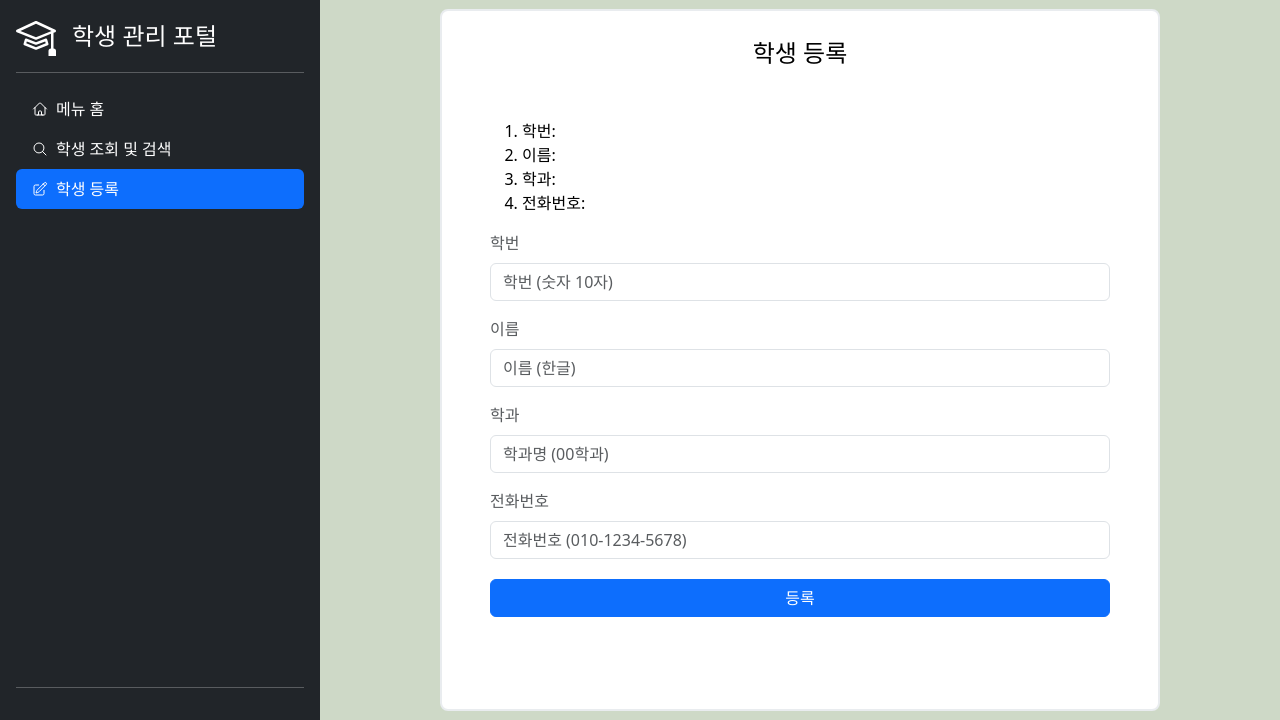
Repository: invisibleufo101/StudentManagementWeb
Page: HSW_Web/src/main/webapp/register_student.html
An editor plug-in stored every save of this project. The page is shown before and after the next save, followed by the edit.
The browser window is 1280 px wide. The pictures show the whole page.

Above is the page before, as saved 2024-09-25 00:17:37.
Not found: HSW_Web/src/main/webapp/css/style.css

### HSW_Web/src/main/webapp/register_student.html
<!DOCTYPE html>
<html>
<head>
	<meta charset="UTF-8">
	<meta name="viewport" content="width=device-width, initial-scale=1">
	<link rel="stylesheet" href="css/bootstrap.min.css" />
	<link rel="stylesheet" href="css/style.css"/>
	<script defer src="js/bootstrap.bundle.min.js"></script>
	<link rel="icon" href="images/portal_icon.svg"/>
	<title>학생 관리 포털</title>
</head>
<body>
	<main class="d-flex flex-nowrap vh-100">
		<!-- Start of Navbar -->
		<nav class="d-flex flex-lg-column flex-md-column flex-row flex-shrink-0 p-3 text-bg-dark" style="width: 25vw;">
			<a href="/" class="d-flex justify-content-around align-items-center mb-3 mb-md-0 me-md-auto text-white text-decoration-none">
				<svg xmlns="http://www.w3.org/2000/svg" width="40" height="40" fill="currentColor" class="bi bi-mortarboard" viewBox="0 0 16 16">
				 	<path d="M8.211 2.047a.5.5 0 0 0-.422 0l-7.5 3.5a.5.5 0 0 0 .025.917l7.5 3a.5.5 0 0 0 .372 0L14 7.14V13a1 1 0 0 0-1 1v2h3v-2a1 1 0 0 0-1-1V6.739l.686-.275a.5.5 0 0 0 .025-.917zM8 8.46 1.758 5.965 8 3.052l6.242 2.913z"/>
				 	<path d="M4.176 9.032a.5.5 0 0 0-.656.327l-.5 1.7a.5.5 0 0 0 .294.605l4.5 1.8a.5.5 0 0 0 .372 0l4.5-1.8a.5.5 0 0 0 .294-.605l-.5-1.7a.5.5 0 0 0-.656-.327L8 10.466zm-.068 1.873.22-.748 3.496 1.311a.5.5 0 0 0 .352 0l3.496-1.311.22.748L8 12.46z"/>
				</svg>
				<span class="ms-3" style="font-size: 1.5rem;">학생 관리 포털</span>
			</a>
			<hr/>
			<ul class="nav nav-pills flex-column mb-auto">

				<!-- Menu Home -->
				<li class="nav-item">
					<a href="/" class="nav-link text-white">
						<div class="d-flex align-items-center">
							<svg class="bi me-2" xmlns="http://www.w3.org/2000/svg" fill="none" viewBox="0 0 24 24" stroke-width="1.5" stroke="currentColor" width="16" height="16">
								<path stroke-linecap="round" stroke-linejoin="round" d="m2.25 12 8.954-8.955c.44-.439 1.152-.439 1.591 0L21.75 12M4.5 9.75v10.125c0 .621.504 1.125 1.125 1.125H9.75v-4.875c0-.621.504-1.125 1.125-1.125h2.25c.621 0 1.125.504 1.125 1.125V21h4.125c.621 0 1.125-.504 1.125-1.125V9.75M8.25 21h8.25" />
							</svg>
							<p class="m-0">메뉴 홈</p>
						</div>
					</a>
				</li>

				<!-- List and Search Students -->
				<li>
					<a href="/browseStudents.do" class="nav-link text-white">
						<div class="d-flex align-items-center">
							<svg class="bi me-2" xmlns="http://www.w3.org/2000/svg" fill="none" viewBox="0 0 24 24" stroke-width="1.5" stroke="currentColor" width="16" height="16">
								<path stroke-linecap="round" stroke-linejoin="round" d="m21 21-5.197-5.197m0 0A7.5 7.5 0 1 0 5.196 5.196a7.5 7.5 0 0 0 10.607 10.607Z" />
							</svg>
							<p class="m-0">학생 조회 및 검색</p>
						</div>
					</a>
				</li>

				<!-- Register Student -->
				<li>
					<a href="/register_student.html" class="nav-link active">
						<div class="d-flex align-items-center">
							<svg class="bi me-2" xmlns="http://www.w3.org/2000/svg" fill="none" viewBox="0 0 24 24" stroke-width="1.5" stroke="currentColor" width="16" height="16">
								<path stroke-linecap="round" stroke-linejoin="round" d="m16.862 4.487 1.687-1.688a1.875 1.875 0 1 1 2.652 2.652L10.582 16.07a4.5 4.5 0 0 1-1.897 1.13L6 18l.8-2.685a4.5 4.5 0 0 1 1.13-1.897l8.932-8.931Zm0 0L19.5 7.125M18 14v4.75A2.25 2.25 0 0 1 15.75 21H5.25A2.25 2.25 0 0 1 3 18.75V8.25A2.25 2.25 0 0 1 5.25 6H10" />
							</svg>
							<p class="m-0">학생 등록</p>
						</div>
					</a>
				</li>
			</ul>
			<hr/>
		</nav>
		<!-- End of Navbar -->

		<section class="d-flex justify-content-center align-items-center" style="width: 75vw; height: auto; background-color: #ced9c7;">
			<!-- Start of Student Registration Form -->
			<div class="w-75 card rounded-3 text-black border border-2 border-light-subtle">
				<div class="col-lg-12">
					<div class="card-body p-md-4 mx-md-4">
						<div>
							<div class="text-center">
								<h4 class="w-100 mt-1 mb-5 pb-1">학생 등록</h4>
							</div>
							<ol>
								<li>학번:</li>
								<li>이름:</li>
								<li>학과:</li>
								<li>전화번호:</li>
							</ol>
						</div>

						<!-- Registration Form -->
						<form action="/addStudent.do" method="POST">
							<!-- Student ID -->
							<div data-mdb-input-init class="form-outline mb-3">
								<label class="form-label text-muted" for="student_id">학번</label>
								<input type="text" id="student_id" class="form-control" name="student_id" placeholder="학번 (숫자 10자)" />
							</div>

							<!-- Student Name -->
							<div data-mdb-input-init class="form-outline mb-3">
								<label class="form-label text-muted" for="student_name">이름</label>
								<input type="text" id="student_name" class="form-control" name="student_name" placeholder="이름 (한글)" />
							</div>

							<!-- Student Major -->
							<div data-mdb-input-init class="form-outline mb-3">
								<label class="form-label text-muted" for="major">학과</label>
								<input type="text" id="major" class="form-control" name="student_major" placeholder="학과명 (00학과)" />
							</div>

							<!-- Student Telephone Number -->
							<div data-mdb-input-init class="form-outline mb-3">
								<label class="form-label text-muted" for="student_tel">전화번호</label>
								<input type="tel" id="student_tel" class="form-control" name="student_tel" placeholder="전화번호 (010-1234-5678)" />
							</div>

							<!-- Submit -->
							<div class="text-center pt-1 mb-5 pb-1">
								<div class="d-grid gap-2">
									<button data-mdb-button-init data-mdb-ripple-init class="btn btn-primary fa-lg gradient-custom-2 mb-3" type="submit">등록</button>
								</div>
							</div>
						</form>
					</div>
				</div>
			</div>
			<!-- End of Student Registration Form -->
		</section>
	</main>
</body>
</html>

Loaded but not shown: HSW_Web/src/main/webapp/css/bootstrap.min.css (library); HSW_Web/src/main/webapp/js/bootstrap.bundle.min.js (library)

After the next save:
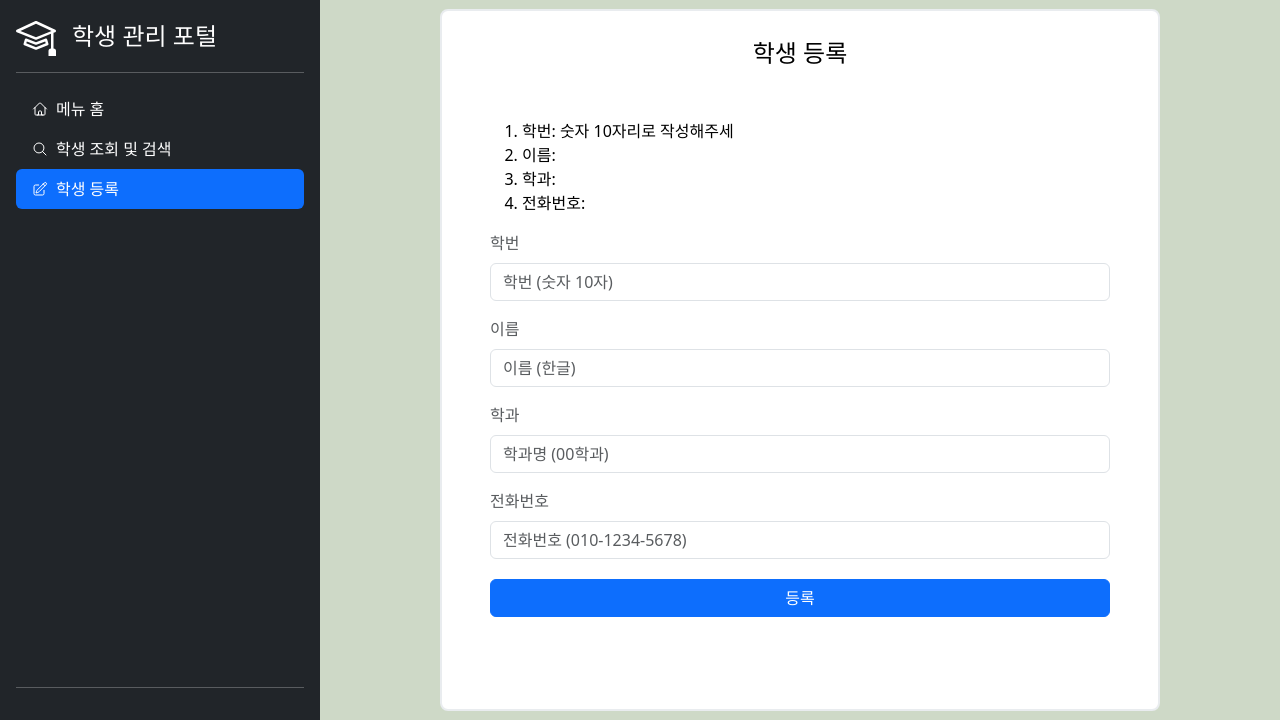
Saved 49 min 33 s later.
--- a/HSW_Web/src/main/webapp/register_student.html
+++ b/HSW_Web/src/main/webapp/register_student.html
@@ -73,7 +73,7 @@
 								<h4 class="w-100 mt-1 mb-5 pb-1">학생 등록</h4>
 							</div>
 							<ol>
-								<li>학번:</li>
+								<li>학번: 숫자 10자리로 작성해주세</li>
 								<li>이름:</li>
 								<li>학과:</li>
 								<li>전화번호:</li>
